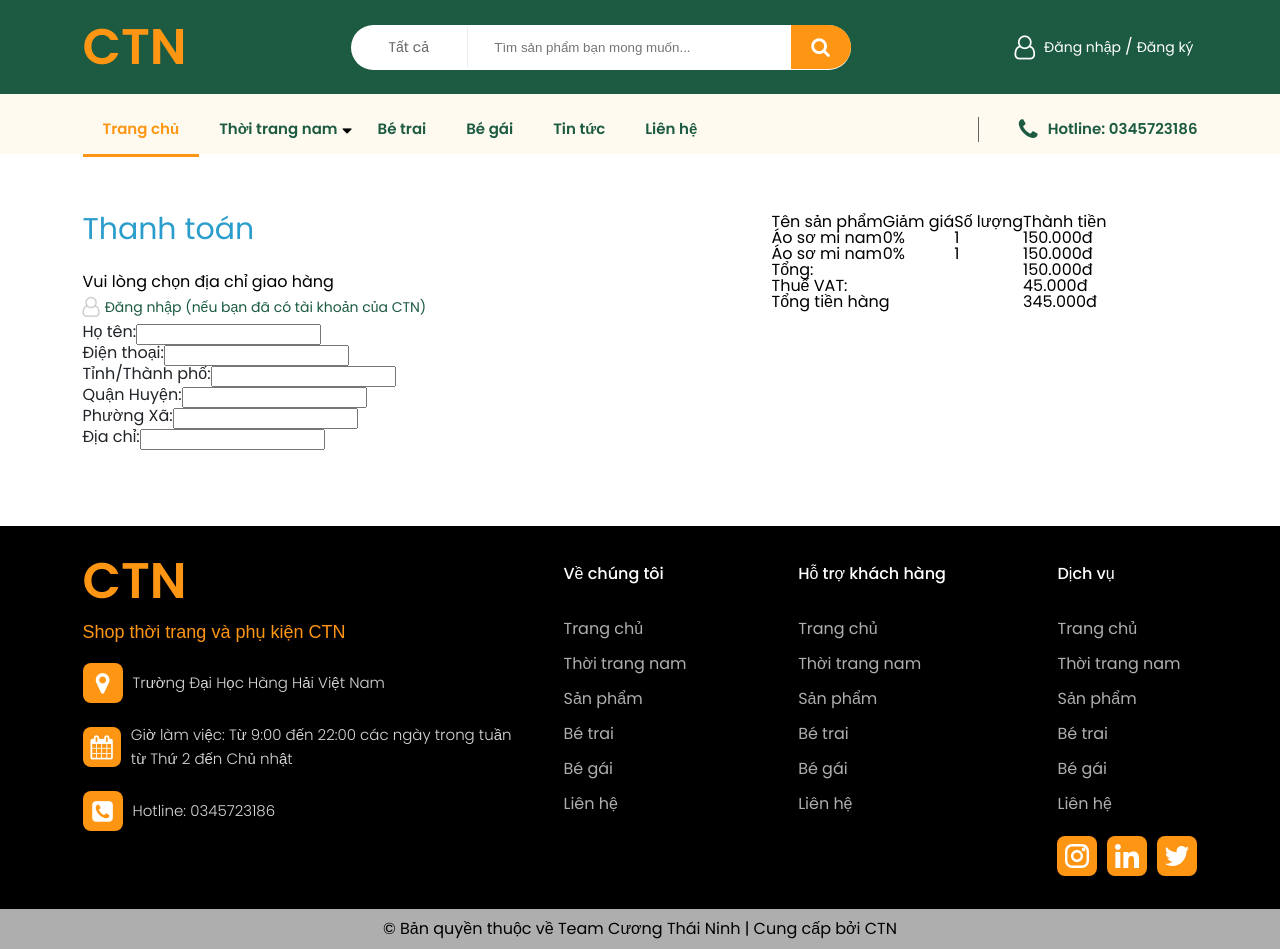
Repository: cuongchua2k2/BaiTapLon-web
Page: deliver.html
The author's editor kept a copy of each file at every save. The page is drawn from the files as they stood at one save, then again after the next save.
The browser window is 1280 px wide. The pictures show the whole page.

Above is the page before, as saved 2023-12-23 14:24:56.
Console error: TypeError: Cannot read properties of null (reading 'style')

### deliver.html
<!DOCTYPE html>
<html lang="en">
  <head>
    <meta charset="UTF-8" />
    <meta name="viewport" content="width=device-width, initial-scale=1.0" />
    <!-- reset css -->
    <link rel="stylesheet" href="./assets/css/reset.css" />
    <!-- style css -->
    <link rel="stylesheet" href="./assets/css/style.css" />
    <!-- icon -->
    <link
      rel="stylesheet"
      href="https://cdnjs.cloudflare.com/ajax/libs/font-awesome/4.7.0/css/font-awesome.min.css"
    />
    <!-- font  -->
    <link rel="stylesheet" href="./assets/font/stylesheet.css" />
    <title>Bài tập lớn - shop bán quần áo</title>
    <script src="./assets/javascript/app.js"></script>
  </head>
  <body>
    <!-- header -->
    <div id="home"></div>
    <header>
      <div id="header">
        <div class="content">
          <!-- header-nav -->
          <div class="nav">
            <div class="nav__logo">
              <a href="./index.html"><span class="logo__content">CTN</span></a>
            </div>
            <!-- search -->
            <div class="nav__search">
              <p class="nav__desc">Tất cả</p>
              <input
                type="text"
                class="nav__txtsearch"
                placeholder="Tìm sản phẩm bạn mong muốn..."
              />
              <button class="nav__btn--search">
                <i class="fa fa-search" style="font-size: 20px"></i>
              </button>
            </div>
            <!-- login -->
            <div class="login">
              <i
                class="fa fa-user-o"
                style="font-size: 24px; color: #fff; margin-right: 5px"
              ></i>
              <a href="#!" class="btn btn-login">Đăng nhập</a>
              <span style="color: #fff">/</span>
              <a href="#!" class="btn btn-create">Đăng ký</a>
            </div>
          </div>
        </div>
      </div>
      <!-- navbar -->
      <div class="navbar">
        <div class="content navbar__content">
          <ul class="navbar__lv1">
            <li>
              <a href="./index.html" class="active lv1__item">Trang chủ</a>
            </li>
            <li class="lv2">
              <a href="#!" class="lv1__item">Thời trang nam</a>
              <i class="fa fa-sort-desc arrow"></i>
              <ul class="navbar__lv2">
                <li>
                  <a href="#!" class="lv1__item">Sơ mi nam</a>
                </li>
                <li>
                  <a href="#!" class="lv1__item">Quần âu nam</a>
                </li>
                <li>
                  <a href="#!" class="lv1__item">Quần short nam</a>
                </li>
              </ul>
            </li>
            <li>
              <a href="#!" class="lv1__item">Bé trai</a>
            </li>
            <li>
              <a href="#!" class="lv1__item">Bé gái</a>
            </li>
            <li>
              <a href="#!" class="lv1__item">Tin tức</a>
            </li>
            <li>
              <a href="#!" class="lv1__item">Liên hệ</a>
            </li>
          </ul>
          <div class="horizontal"></div>
          <a href="tel:0345723186" class="hotline">
            <i class="fa fa-phone" style="font-size: 24px; color: #1c5b41"></i>
            <span class="hotline__desc">Hotline: 0345723186</span>
          </a>
        </div>
      </div>
    </header>
    <!-- main delivery -->
    <main>
      <div class="delivery">
        <div class="content">
          <!-- left -->
          <div class="delivery__left">
            <h1 class="delivery__title">Thanh toán</h1>
            <p class="delivery__desc">Vui lòng chọn địa chỉ giao hàng</p>
            <div class="login">
              <i
                class="fa fa-user-o"
                style="font-size: 20px; color: #ccc; margin-right: 5px"
              ></i>
              <a href="#!" class="btn delivery__login"
                >Đăng nhập (nếu bạn đã có tài khoản của CTN)</a
              >
            </div>
            <div class="delivery__address">
              <!-- item 1 -->
              <div class="delivery__address__item">
                <label for="">Họ tên:</label>
                <input type="text" />
              </div>
              <!-- item 2 -->
              <div class="delivery__address__item">
                <label for="">Điện thoại:</label>
                <input type="text" />
              </div>
              <!-- item 3 -->
              <div class="delivery__address__item">
                <label for="">Tỉnh/Thành phố:</label>
                <input type="text" />
              </div>
              <!-- item 4 -->
              <div class="delivery__address__item">
                <label for="">Quận Huyện:</label>
                <input type="text" />
              </div>
              <!-- item 5 -->
              <div class="delivery__address__item">
                <label for="">Phường Xã:</label>
                <input type="text" />
              </div>
              <!-- item 6 -->
              <div class="delivery__address__item">
                <label for="">Địa chỉ:</label>
                <input type="text" />
              </div>
            </div>
            <!-- quay lại giỏ hàng -->
            <div class="delivery__cta">
              <a href="" class="btn back__cart">&lt;&lt;Quay lại giỏ hàng</a>
              <a href="" class="btn delivery__buy">Thanh toán và giao hàng</a>
            </div>
          </div>
          <!-- .delivery right -->
          <div class="delivery__right">
            <table>
              <tr>
                <th>Tên sản phẩm</th>
                <th>Giảm giá</th>
                <th>Số lượng</th>
                <th>Thành tiền</th>
              </tr>
              <tr>
                <td>Áo sơ mi nam</td>
                <td>0%</td>
                <td>1</td>
                <td>150.000<sub>đ</sub></td>
              </tr>
              <tr>
                <td>Áo sơ mi nam</td>
                <td>0%</td>
                <td>1</td>
                <td>150.000<sub>đ</sub></td>
              </tr>
              <tr>
                <td colspan="3">Tổng:</td>
                <td>150.000<sub>đ</sub></td>
              </tr>
              <tr>
                <td colspan="3">Thuế VAT:</td>
                <td>45.000<sub>đ</sub></td>
              </tr>
              <tr>
                <td colspan="3">Tổng tiền hàng</td>
                <td>345.000<sub>đ</sub></td>
              </tr>
            </table>
          </div>
        </div>
      </div>
    </main>
    <!-- footer -->
    <footer>
      <div class="footer-body">
        <div class="content footer__content">
          <div class="footer__left">
            <div class="nav__logo">
              <a href="./index.html"><span class="logo__content">CTN</span></a>
            </div>
            <p class="logo__desc">Shop thời trang và phụ kiện CTN</p>
            <div class="info-shop">
              <!-- location -->
              <i
                class="fa fa-map-marker info__icon"
                style="font-size: 24px"
              ></i>
              <span class="info-shop__desc"
                >Trường Đại Học Hàng Hải Việt Nam</span
              >
            </div>
            <!-- work time -->
            <div class="info-shop">
              <i class="fa fa-calendar info__icon" style="font-size: 24px"></i>
              <span class="info-shop__desc"
                >Giờ làm việc: Từ 9:00 đến 22:00 các ngày trong tuần từ Thứ 2
                đến Chủ nhật</span
              >
            </div>
            <!-- hotline -->
            <div class="info-shop">
              <i
                class="fa fa-phone-square info__icon"
                style="font-size: 24px"
              ></i>
              <a href="tel:0345723186" class="info-shop__desc"
                >Hotline: 0345723186</a
              >
            </div>
          </div>
          <div class="footer__right">
            <!-- menu 1 -->
            <ul class="menu">
              <li class="menu__title">Về chúng tôi</li>
              <li class="menu__item">
                <a href="./index.html">Trang chủ</a>
              </li>
              <li class="menu__item">
                <a href="#!">Thời trang nam</a>
              </li>
              <li class="menu__item">
                <a href="#!">Sản phẩm</a>
              </li>
              <li class="menu__item">
                <a href="#!">Bé trai</a>
              </li>
              <li class="menu__item">
                <a href="#!">Bé gái</a>
              </li>
              <li class="menu__item">
                <a href="#!">Liên hệ</a>
              </li>
            </ul>
            <!-- menu 2 -->
            <ul class="menu">
              <li class="menu__title">Hỗ trợ khách hàng</li>
              <li class="menu__item">
                <a href="./index.html">Trang chủ</a>
              </li>
              <li class="menu__item">
                <a href="#!">Thời trang nam</a>
              </li>
              <li class="menu__item">
                <a href="#!">Sản phẩm</a>
              </li>
              <li class="menu__item">
                <a href="#!">Bé trai</a>
              </li>
              <li class="menu__item">
                <a href="#!">Bé gái</a>
              </li>
              <li class="menu__item">
                <a href="#!">Liên hệ</a>
              </li>
            </ul>
            <!-- menu 3 -->
            <ul class="menu">
              <li class="menu__title">Dịch vụ</li>
              <li class="menu__item">
                <a href="./index.html">Trang chủ</a>
              </li>
              <li class="menu__item">
                <a href="#!">Thời trang nam</a>
              </li>
              <li class="menu__item">
                <a href="#!">Sản phẩm</a>
              </li>
              <li class="menu__item">
                <a href="#!">Bé trai</a>
              </li>
              <li class="menu__item">
                <a href="#!">Bé gái</a>
              </li>
              <li class="menu__item">
                <a href="#!">Liên hệ</a>
              </li>
              <li class="social-network">
                <a href="#!"
                  ><img
                    src="./assets/img/Instagram.svg"
                    alt=""
                    class="info__icon"
                /></a>
                <a href="#!"
                  ><img
                    src="./assets/img/linked_in.svg"
                    alt=""
                    class="info__icon"
                /></a>
                <a href="#!"
                  ><img
                    src="./assets/img/twitter.svg"
                    alt=""
                    class="info__icon"
                /></a>
              </li>
            </ul>
          </div>
        </div>
      </div>
      <div class="exclusive">
        <span class="exclusive__desc"
          >© Bản quyền thuộc về Team Cương Thái Ninh | Cung cấp bởi CTN
        </span>
      </div>
    </footer>
  </body>
</html>

### assets/css/style.css
:root {
  --primary-color: #fe9614;
}

* {
  box-sizing: border-box;
}

html,
body {
  scroll-behavior: smooth;
}

html {
  font-size: 62.5%;
}

body {
  font-family: "Poppins", sans-serif;
  font-size: 1.6rem;
  /* height: 5000px; */
}

/* =====================common ======================*/

a {
  text-decoration: none;
}

.content {
  width: 1115px;
  max-width: calc(100% - 48px);
  margin: 0px auto;
}

.btn {
  text-decoration: none;
  color: #fff;
  font-size: 1.4rem;
  font-weight: 400;
}

.btn:hover {
  opacity: 0.7;
  color: var(--primary-color);
}

/* =====================header========================= */

/* =========== header nav===============*/

header {
  position: sticky;
  top: -95px;
  z-index: 1;
}

#header {
  padding: 22px 0;
  background-color: #1c5b41;
}

.nav {
  display: flex;
  justify-content: space-between;
  align-items: center;
}

.logo__content {
  font-size: 5rem;
  font-weight: 600;
  color: var(--primary-color);
}

.nav__search {
  height: 45px;
  width: 500px;
  padding: 4px 0;
  display: flex;
  justify-content: space-between;
  align-items: center;
  background-color: #fff;
  border-radius: 999px;
}

.nav__desc {
  opacity: 0.7;
  padding: 13px 38px;
  font-size: 1.4rem;
  color: #212529;
  font-weight: 400;
  border-right: 1px solid #e5e5e5;
}

.nav__txtsearch {
  outline: none;
  width: 300px;
  height: 40px;
  padding: 15px;
  border: none;
}

.nav__btn--search {
  cursor: pointer;
  height: 44px;
  width: 60px;
  border-radius: 0 40px 40px 0;
  color: #fff;
  background: var(--primary-color);
  border: var(--primary-color);
}

.nav__btn--search:hover {
  background-color: #fff;
  color: var(--primary-color);
}

.login {
  display: flex;
  align-items: center;
}

.btn-login,
.btn-create {
  padding: 8px 4px;
}

/* ===========navbar=============== */

.navbar {
  background-color: #fffaf0;
  padding: 5px 10px;
  height: 60px;
}

.navbar__content {
  display: flex;
  align-items: center;
  justify-content: space-between;
  line-height: 60px;
}

.horizontal {
  height: 25px;
  opacity: 0.7;
  width: 1px;
  background-color: #212529;
  margin-left: auto;
}

.navbar__lv1 {
  display: flex;
}

.lv1__item {
  padding: 15px 20px;
  font-weight: 600;
  font-size: 1.5rem;
  color: #1c5b41;
}

.lv1__item:hover {
  color: var(--primary-color);
}

.hotline {
  display: flex;
  align-items: center;
  margin-left: 40px;
}

.hotline__desc {
  margin-left: 10px;
  font-weight: 600;
  font-size: 1.5rem;
  color: #1c5b41;
}

.hotline__desc:hover {
  color: var(--primary-color);
}

.lv2 {
  position: relative;
}

.navbar__lv2 {
  display: none;
  margin-top: -7px;
  position: absolute;
  background-color: #fff;
  min-width: 200px;
  transform: perspective(600px) rotateX(0deg);
  z-index: 1;
}

.navbar__lv2 > li:not(:first-child) {
  border-top: 1px solid #666;
}

.navbar__lv2 > li > .lv1__item {
  display: inline-block;
  padding: 0 30px;
}

.lv2:hover .navbar__lv2 {
  display: block;
}

.arrow {
  position: absolute;
  top: 20px;
  right: 6px;
}

.lv1__item.active {
  color: var(--primary-color);
  border-bottom: 3px solid var(--primary-color);
}

/* ======================================main================== */

/* ==================banner================ */

.banner {
  background-color: #9f9b8f;
}

.banner__content {
  position: relative;
  overflow: hidden;
}

.banner__list {
  display: flex;
  transition: all 0.5s ease-in-out;
}

.banner__image {
  display: block;
  width: 100%;
  object-fit: cover;
  background-size: cover;
}

.dot__list {
  position: absolute;
  left: 50%;
  bottom: 0;
}

.dot {
  cursor: pointer;
  display: inline-block;
  height: 10px;
  width: 10px;
  border-radius: 50%;
  background-color: #6c757d;
}

.dot__active {
  background-color: var(--primary-color);
}

.dot:hover {
  background-color: var(--primary-color);
}

/* sale */

.sale {
  background-color: var(--primary-color);
}

.sale__image {
  width: 100%;
}

/* ===============product-hot============== */

.product-hot {
  padding: 50px 0;
  background-color: #fffaf0;
}

.title-section {
  position: relative;
  margin-bottom: 60px;
  font-family: "Montserrat", sans-serif;
  font-weight: 700;
  letter-spacing: 0;
  font-size: 4rem;
  color: #1c5b41;
}

.title-section::before {
  position: absolute;
  top: -20px;
  display: inline-block;
  content: "";
  height: 3px;
  width: 110px;
  background-color: var(--primary-color);
}

.product__list {
  width: 100%;
  display: flex;
  /* justify-content: space-between; */
  flex-wrap: wrap;
  gap: 25px 25px;
}

.product__image {
  height: 200px;
  width: 200px;
  object-fit: cover;
  border-radius: 10px;
}

.product__desc {
  margin: 10px 0;
  overflow: hidden;
  white-space: nowrap;
  color: #454545;
  font-weight: 300;
  font-size: 1.4rem;
  line-height: 20px;
}

.price {
  font-size: 1.6rem;
  line-height: 20px;
  color: var(--primary-color);
}

.cta {
  text-align: center;
  margin-top: 60px;
}

.btn__view-all {
  display: inline-block;
  padding: 20px 70px;
  font-weight: 700;
  font-size: 1.8rem;
  line-height: 22px;
  color: #fff;
  background: #1c5b41;
  border-radius: 10px;
}

.btn__view-all:hover {
  opacity: 1;
  background-color: var(--primary-color);
  color: #fff;
}

/*==================== product new================= */

.product-new {
  padding: 90px 0;
}

.product-new__body {
  display: flex;
  justify-content: space-between;
  align-items: flex-start;
}

.body__left {
  width: 40%;
}

.body__right {
  margin-left: 30px;
  width: 60%;
}

.product-new__image {
  width: 100%;
  height: 545px;
  object-fit: cover;
  border-radius: 10px;
}

/*=========================== product same price========================== */

.same-price {
  background-color: #1c5b41;
  padding: 60px 0;
}

.same-price__banner {
  width: 100%;
  height: auto;
  border-radius: 10px;
  margin-bottom: 20px;
}

.same-price__title {
  color: #fff;
}

.btn__same-price {
  display: inline-block;
  padding: 20px 70px;
  font-weight: 700;
  font-size: 1.8rem;
  line-height: 22px;
  color: #fff;
  background: var(--primary-color);
  border-radius: 10px;
}

.btn__same-price:hover {
  opacity: 1;
  background-color: #fff;
  color: var(--primary-color);
}

.same-price__desc {
  color: #fff !important;
}

.product__item {
  position: relative;
}

.buy-product {
  display: none;
  width: 100%;
  padding: 7px;
  position: absolute;
  top: 163px;
  border-radius: 0 0 10px 10px;
  background-color: #6c757d;
}

.product__item:hover .buy-product {
  display: inline-flex;
  align-items: center;
  justify-content: center;
}

.buy-product:hover {
  background-color: var(--primary-color);
}

.buy-product__desc {
  color: #fff;
  font-size: 1.4rem;
  margin-left: 3px;
}

/* ==============good price====================== */

.good-price {
  background-color: #fffaf0;
}

/* ============all local brand */

.brand__img {
  width: 100%;
  object-fit: cover;
}

/* ===========================footer======================= */

.footer-body {
  padding: 30px 0;
  background-color: #000;
}
.footer__content {
  display: flex;
  align-items: flex-start;
}

.footer__left {
  width: 40%;
  margin-right: 35px;
}

.logo__desc {
  font-family: "Montserrat", sans-serif;
  font-weight: 500;
  font-size: 1.8rem;
  line-height: 22px;
  color: #fe9614;
  margin-top: 15px;
}

.info-shop {
  margin-top: 20px;
  display: flex;
  align-items: center;
}

.info__icon {
  text-align: center;
  width: 40px;
  height: 40px;
  padding: 8px;
  line-height: 40px;
  border-radius: 8px;
  color: #fff;
  background-color: var(--primary-color);
}

.info-shop__desc {
  margin-left: 10px;
  font-size: 1.5rem;
  line-height: 1.6;
  color: #ffffffd6;
  font-weight: 300;
}

.footer__right {
  width: calc(60% - 35px);
  display: flex;
  justify-content: space-between;
  gap: 0 20px;
}

.menu__title {
  font-weight: 500;
  font-size: 1.6rem;
  line-height: 35px;
  color: #ffffff;
  margin-bottom: 20px;
}

.menu__item > a {
  font-weight: 400;
  font-size: 1.6rem;
  line-height: 35px;
  color: #aeaeae;
}

.menu__item > a:hover {
  color: var(--primary-color);
}

.social-network {
  margin-top: 15px;
  display: flex;
  gap: 10px;
}

.exclusive {
  background-color: #aeaeae;
  padding: 12px 0;
  text-align: center;
}

/* ==================================category========================== */

.category {
  padding: 60px 0;
}

.category__nav {
  display: flex;
  align-items: center;
  gap: 0 20px;
  margin-bottom: 30px;
}

.category__nav__home {
  color: #333;
  font-size: 1.4rem;
}

.category__desc {
  font-size: 1.4rem;
  text-shadow: 1px 0 0 #1c5b41;
}

.category__nav__home:hover,
.category__desc-home:hover {
  text-shadow: 1px 0 0 #1c5b41;
}

/* ================product==================== */

.product {
  padding: 60px 0;
}

.category__desc-home {
  color: #333;
  text-shadow: none;
}

.product-content {
  font-family: "Montserrat", sans-serif;
  display: flex;
  align-items: flex-start;
  justify-content: space-between;
  gap: 0 30px;
}

.product-left,
.product-right {
  width: 50%;
}

.product-big-image {
  border-radius: 10px;
  width: 100%;
  height: auto;
  object-fit: cover;
}

.product-title {
  font-weight: 600;
  font-size: 2.2rem;
  line-height: 27px;
  color: #000000;
  margin-bottom: 10px;
}

.product__desc {
  font-weight: 500;
  font-size: 1.5rem;
  line-height: 18px;
  color: #484848;
  margin-bottom: 20px;
}

.product__price {
  font-weight: 700;
  font-size: 2.8rem;
  line-height: 34px;
  text-transform: uppercase;
  color: #ff6563;
}

.row {
  display: flex;
  align-items: center;
  margin-top: 30px;
  gap: 0 20px;
}

.product__icon {
  width: 55px;
  height: 55px;
}

.product__info__desc {
  display: block;
  font-weight: 700;
  font-size: 1.6rem;
  line-height: 162.9%;
  color: #484848;
}

.product__info__sub {
  display: block;
  width: 100%;
  font-weight: 500;
  font-size: 1.6rem;
  line-height: 162.9%;
  color: #484848;
}

.cta-buy-product {
  margin-top: 30px;
}

.choose-quantity {
  display: inline-block;
  border: 1px solid #cfcdc6;
  border-collapse: collapse;
  border-radius: 3px;
}

.minus-quantity,
.add-quantity {
  cursor: pointer;
  padding: 10px 15px;
  color: #ee4f83;
  border: none;
}

.txt-quantity {
  border: 1px solid #cfcdc6;
  text-align: center;
  outline: none;
  border: none;
}
label {
  font-size: 1.6rem;
  color: #212529;
}

.button {
  margin-top: 30px;
}

.buy-now,
.add-cart {
  border-radius: 10px;
  font-size: 1.6rem;
  max-width: 370px;
  margin-top: 10px;
  text-align: center;
  display: block;
  background-color: #1c5b41;
  padding: 20px;
}

.add-cart {
  background-color: #fff;
  color: #1c5b41;
  border: 1px solid #1c5b41;
}

.buy-now:hover,
.add-cart:hover {
  background-color: var(--primary-color);
  color: #fff;
  border: none;
}

/* ====================cart=================== */

.cart {
  padding: 60px 0;
}

.cart__body {
  margin-top: 100px;
}

.cart__body table {
  width: 100%;
  text-align: center;
}

.cart__product td {
  padding: 20px 0;
  border-bottom: 2px solid #dddddd;
  vertical-align: middle;
}

.cart__product input {
  width: 50px;
}

.cart__product span {
  display: block;
  width: 20px;
  height: 20px;
  line-height: 20px;
  border: 1px solid #dddddd;
  text-align: center;
  cursor: pointer;
  margin: 0px auto;
}

.cart__product span:hover {
  color: #fff;
  background-color: #1c5b41;
}

.cart__image {
  width: 110px;
  height: 110px;
  object-fit: cover;
}

.cart__header {
  text-align: center;
  padding-bottom: 30px;
  font-size: 12px;
  text-transform: uppercase;
  color: #333;
  border-bottom: 2px solid #dddddd;
  border-collapse: collapse;
}

.cart__bottom {
  text-align: right;
  margin-left: auto;
}

.cart__bottom > .row {
  justify-content: flex-end;
  gap: 0 100px;
}

.buy__done {
  margin-top: 20px;
  display: inline-block;
  border-radius: 10px;
  background-color: #1c5b41;
  text-align: center;
  width: 250px;
  padding: 15px;
}

/* ====================delivery======================= */

.delivery {
  padding: 60px 0;
}

.delivery > .content {
  display: flex;
  gap: 0 20px;
}

.delivery__left {
  width: 60%;
}

.delivery__title {
  color: #2a9dcc;
  font-size: 3rem;
}

.delivery__desc {
  font-size: 1.6rem;
  margin-top: 30px;
}

.delivery__login {
  color: #1c5b41;
  margin: 10px 0;
}

.delivery__address__item {
  display: flex;
}

Loaded but not shown: assets/css/reset.css (common file); assets/javascript/app.js (42 lines, source omitted); assets/font/stylesheet.css (161 lines, source omitted)

After the next save:
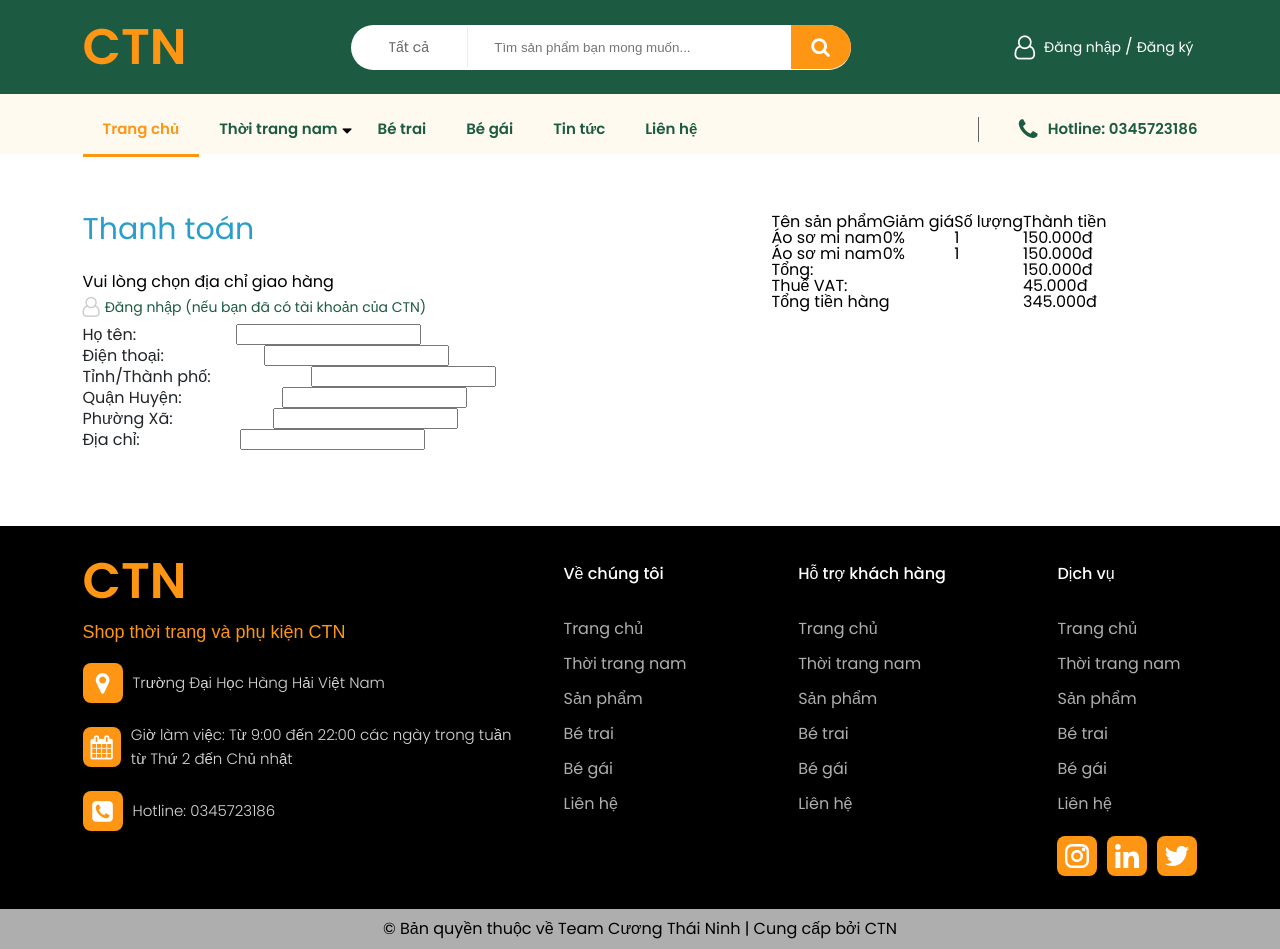
Saved 13 s later.
--- a/assets/css/style.css
+++ b/assets/css/style.css
@@ -834,4 +834,6 @@ label {
 
 .delivery__address__item {
   display: flex;
-}
+  align-items: center;
+  gap: 100px;
+}
